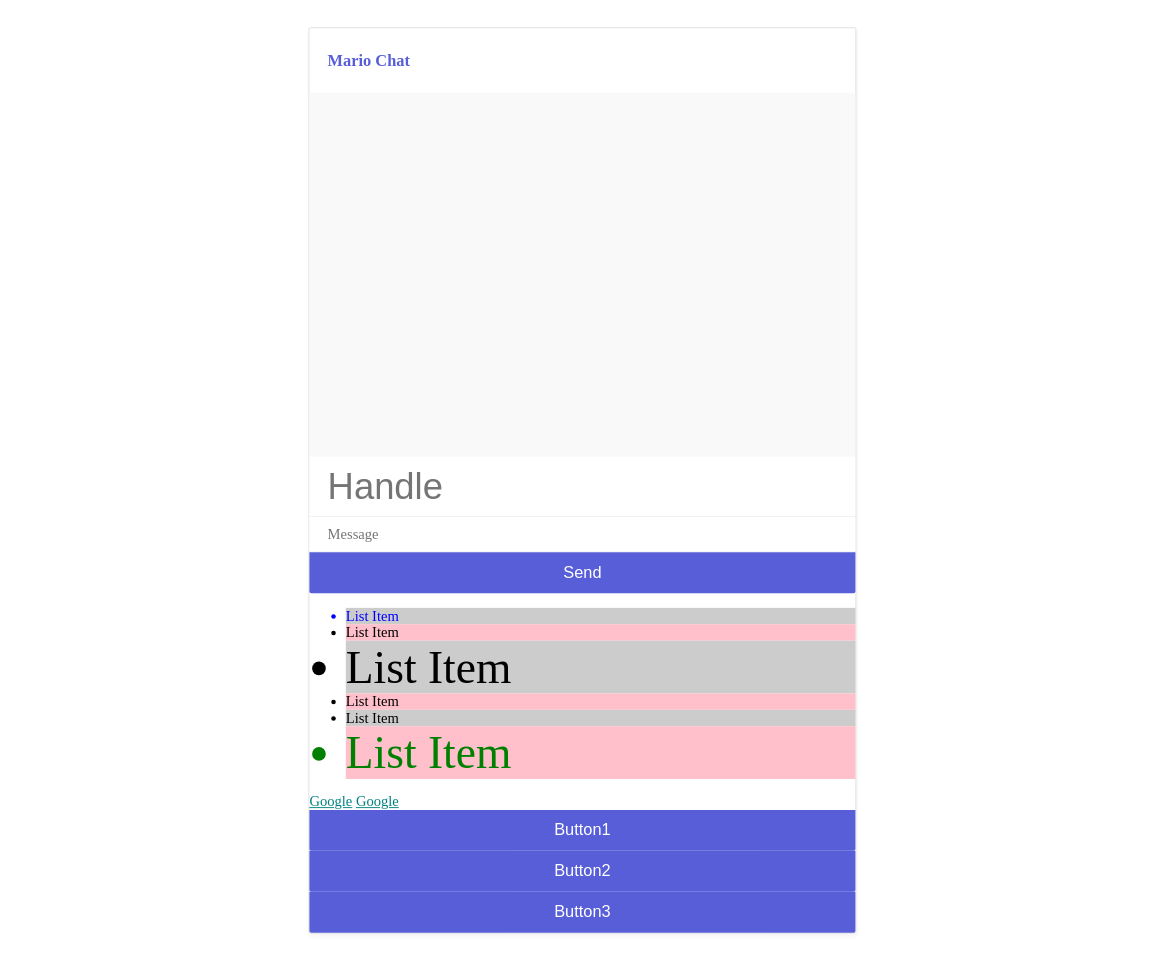
Repository: Promethees/websockets-playlist
Page: public/index.html
The author's editor kept a copy of each file at every save. The page is drawn from the files as they stood at one save, then again after the next save.
The browser window is 1280 px wide. The pictures show the whole page, at 91% of full size.
The page's requests for data from a server got no answer. Some web libraries are served in a nearby version.

Above is the page before, as saved 2020-09-08 08:46:36.

After the next save:
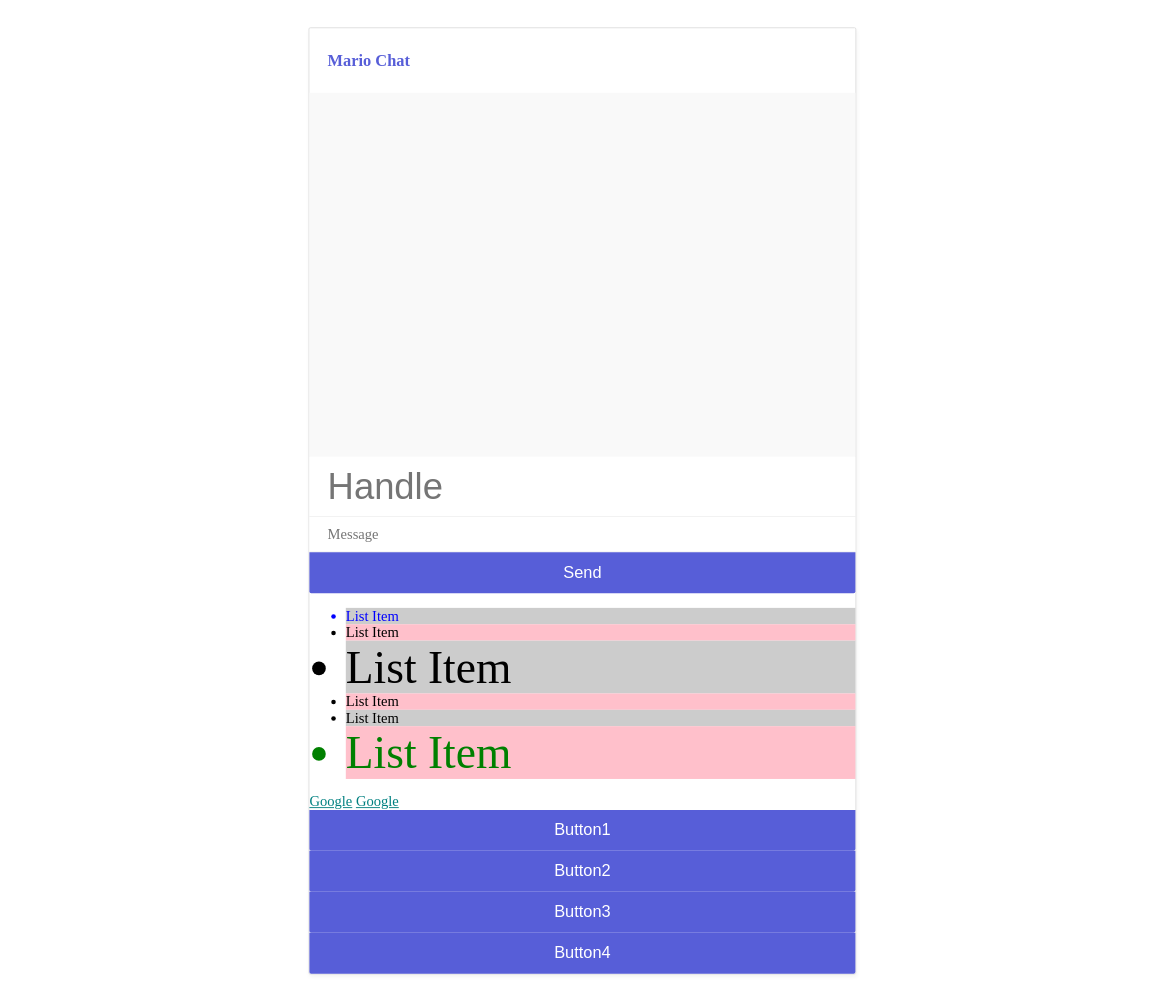
Saved 8 min 37 s later.
--- a/public/index.html
+++ b/public/index.html
@@ -31,6 +31,7 @@
             <button id="btn1">Button1</button>
             <button id= "btn2">Button2</button>
             <button id= "btn3">Button3</button>
+            <button id= "btn4">Button4</button>
         </div>
         <script>
             //$('h2').hide();
@@ -55,6 +56,10 @@
                 $('#btn3').click(function() {
                     $('#chat-window').toggle();
                 })
+                $('#btn4').click(function() { //hover....
+                    alert("dfkjd");
+                })
+
             })
         </script>
     </body>
